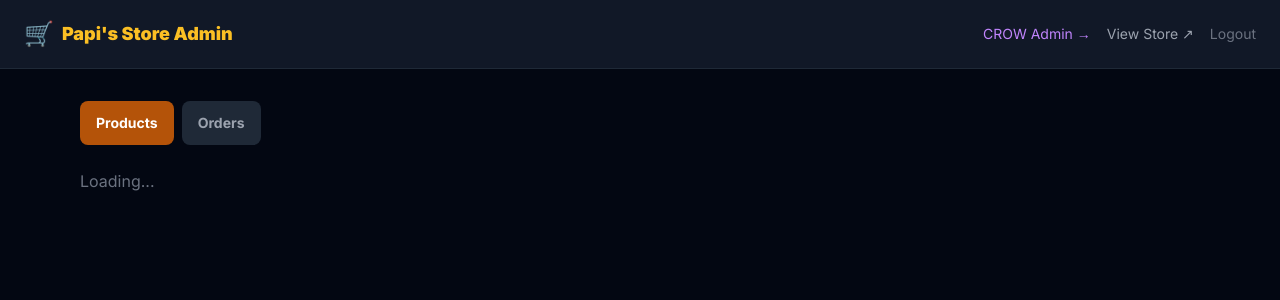
Repository: papykabukanyi/updatedportfolion
Page: /pkvault/store
An editor plug-in stored every save of this project. The page is shown before and after the next save, followed by the edit.
The browser window is 1280 px wide. The pictures show the whole page.
The page's requests for data from a server got no answer. The project was rebuilt for these pictures with package versions that can differ from the ones it lists, and the page was loaded fresh each time. The framework's server and built-in components were replaced by stand-ins that run in the browser. No one was signed in, and anything a server would have sent is missing. Also part of the build but not shown: components/CrowLogo.js.

Above is the page before, as saved 2026-04-14 20:58:42.

### app/pkvault/store/page.js
'use client'
import { useState, useEffect } from 'react'
import { useRouter } from 'next/navigation'
import Link from 'next/link'
import CrowLogo from '@/components/CrowLogo'

const CROW_URL = process.env.NEXT_PUBLIC_CROW_URL || 'https://crow.up.railway.app'
const STORE_URL = process.env.NEXT_PUBLIC_STORE_URL || 'https://papys-store.up.railway.app'

const ORDER_STATUSES = ['paid', 'processing', 'shipped', 'delivered', 'cancelled']

export default function StoreAdminPage() {
  const router = useRouter()
  const [tab, setTab] = useState('Products')
  const [products, setProducts] = useState([])
  const [orders, setOrders] = useState([])
  const [loading, setLoading] = useState(true)
  const [authError, setAuthError] = useState(false)

  // Product form state
  const [editProduct, setEditProduct] = useState(null)
  const [pForm, setPForm] = useState({ name: '', description: '', seo_description: '', price_cents: 1000, images: ['', '', ''], sizes: ['S', 'M', 'L', 'XL', '2XL'], stock: {} })
  const [pSaving, setPSaving] = useState(false)
  const [pMsg, setPMsg] = useState('')

  // Order edit state
  const [editOrder, setEditOrder] = useState(null)
  const [oForm, setOForm] = useState({ status: '', tracking_number: '', label_url: '', notes: '' })
  const [oSaving, setOSaving] = useState(false)

  useEffect(() => { fetchAll() }, [tab])

  async function fetchAll() {
    setLoading(true)
    const r = tab === 'Products' ? 'products' : 'orders'
    const res = await fetch(`/api/admin/store?resource=${r}`)
    if (res.status === 401) { setAuthError(true); setLoading(false); return }
    const data = await res.json()
    if (r === 'products') setProducts(data.products || [])
    else setOrders(data.orders || [])
    setLoading(false)
  }

  async function saveProduct(e) {
    e.preventDefault()
    setPSaving(true); setPMsg('')
    try {
      const isNew = editProduct === 'new'
      const payload = {
        ...pForm,
        images: pForm.images.filter(Boolean),
        stock: pForm.sizes.reduce((acc, s) => ({ ...acc, [s]: pForm.stock[s] ?? 10 }), {}),
        price_cents: parseInt(pForm.price_cents),
      }
      const res = await fetch('/api/admin/store', {
        method: isNew ? 'POST' : 'PATCH',
        headers: { 'Content-Type': 'application/json' },
        body: JSON.stringify(isNew ? payload : { ...payload, id: editProduct.id }),
      })
      const data = await res.json()
      if (!res.ok) throw new Error(data.error)
      setPMsg('Saved!'); setEditProduct(null); fetchAll()
    } catch (err) { setPMsg(err.message) }
    setPSaving(false)
  }

  async function deleteProduct(id) {
    if (!confirm('Delete this product?')) return
    await fetch(`/api/admin/store?id=${id}&resource=product`, { method: 'DELETE' })
    fetchAll()
  }

  async function saveOrder(e) {
    e.preventDefault()
    setOSaving(true)
    await fetch('/api/admin/store', {
      method: 'PATCH',
      headers: { 'Content-Type': 'application/json' },
      body: JSON.stringify({ ...oForm, id: editOrder.id, resource: 'order' }),
    })
    setOSaving(false); setEditOrder(null); fetchAll()
  }

  function startEditProduct(p) {
    setPForm({ name: p.name, description: p.description || '', seo_description: p.seo_description || '', price_cents: p.price_cents || 1000, images: [...(p.images || []), '', '', ''].slice(0, 3), sizes: p.sizes || ['S', 'M', 'L', 'XL', '2XL'], stock: p.stock || {} })
    setEditProduct(p); setPMsg('')
  }

  if (authError) return (
    <div className="min-h-screen bg-gray-950 flex items-center justify-center text-white">
      <div className="text-center">
        <p className="mb-4">Session expired.</p>
        <Link href="/pkvault" className="bg-purple-700 px-6 py-2 rounded-lg font-bold">Login</Link>
      </div>
    </div>
  )

  return (
    <div className="min-h-screen bg-gray-950 text-gray-100">
      <header className="bg-gray-900 border-b border-gray-800 px-6 py-3 flex items-center justify-between">
        <div className="flex items-center gap-2">
          <span className="text-2xl">🛒</span>
          <span className="font-black text-lg text-amber-400">Papi's Store Admin</span>
        </div>
        <div className="flex items-center gap-4 text-sm">
          <Link href="/pkvault/crow" className="text-purple-400 hover:text-purple-300">CROW Admin →</Link>
          <a href={STORE_URL} target="_blank" rel="noopener noreferrer" className="text-gray-400 hover:text-white">View Store ↗</a>
          <button onClick={async () => { await fetch('/api/admin/login', { method: 'DELETE' }); router.push('/pkvault') }}
            className="text-gray-500 hover:text-white">Logout</button>
        </div>
      </header>

      <div className="max-w-6xl mx-auto px-4 py-8">
        <div className="flex gap-2 mb-6">
          {['Products', 'Orders'].map(t => (
            <button key={t} onClick={() => { setTab(t); setEditProduct(null); setEditOrder(null) }}
              className={`px-4 py-2 rounded-lg font-bold text-sm transition-colors ${tab === t ? 'bg-amber-700 text-white' : 'bg-gray-800 text-gray-400 hover:text-white'}`}>
              {t}
            </button>
          ))}
        </div>

        {loading ? <div className="text-gray-500">Loading...</div> : (
          <>
            {/* ── Products ── */}
            {tab === 'Products' && (
              <>
                {editProduct ? (
                  <form onSubmit={saveProduct} className="bg-gray-900 rounded-xl p-6 space-y-4 max-w-2xl">
                    <div className="flex items-center justify-between">
                      <h2 className="font-black text-lg">{editProduct === 'new' ? 'New Product' : 'Edit Product'}</h2>
                      <button type="button" onClick={() => setEditProduct(null)} className="text-gray-500 hover:text-white">✕ Cancel</button>
                    </div>
                    {[['Name', 'name'], ['Description', 'description'], ['SEO Description', 'seo_description']].map(([label, key]) => (
                      <div key={key}>
                        <label className="block text-xs text-gray-400 mb-1 uppercase tracking-widest">{label}</label>
                        <input value={pForm[key]} onChange={e => setPForm(p => ({ ...p, [key]: e.target.value }))}
                          className="w-full bg-gray-800 border border-gray-700 rounded-lg px-3 py-2 text-sm text-white focus:outline-none focus:border-amber-500" />
                      </div>
                    ))}
                    <div>
                      <label className="block text-xs text-gray-400 mb-1 uppercase tracking-widest">Price (cents, e.g. 1000 = $10.00)</label>
                      <input type="number" value={pForm.price_cents} onChange={e => setPForm(p => ({ ...p, price_cents: e.target.value }))}
                        className="w-full bg-gray-800 border border-gray-700 rounded-lg px-3 py-2 text-sm text-white focus:outline-none" />
                    </div>
                    <div>
                      <label className="block text-xs text-gray-400 mb-2 uppercase tracking-widest">Product Images (up to 3 URLs)</label>
                      {pForm.images.map((img, i) => (
                        <input key={i} value={img} onChange={e => setPForm(p => { const imgs = [...p.images]; imgs[i] = e.target.value; return { ...p, images: imgs } })}
                          placeholder={`Image URL ${i + 1}`}
                          className="w-full bg-gray-800 border border-gray-700 rounded-lg px-3 py-2 text-sm text-white focus:outline-none mb-2" />
                      ))}
                    </div>
                    <div>
                      <label className="block text-xs text-gray-400 mb-2 uppercase tracking-widest">Sizes & Stock</label>
                      <div className="grid grid-cols-5 gap-2">
                        {(pForm.sizes || []).map(size => (
                          <div key={size} className="text-center">
                            <div className="text-xs text-gray-400 mb-1">{size}</div>
                            <input type="number" value={pForm.stock[size] ?? 10} onChange={e => setPForm(p => ({ ...p, stock: { ...p.stock, [size]: parseInt(e.target.value) || 0 } }))}
                              className="w-full bg-gray-800 border border-gray-700 rounded-lg px-2 py-1 text-sm text-white text-center focus:outline-none" />
                          </div>
                        ))}
                      </div>
                    </div>
                    {pMsg && <p className={`text-sm ${pMsg === 'Saved!' ? 'text-green-400' : 'text-red-400'}`}>{pMsg}</p>}
                    <button type="submit" disabled={pSaving}
                      className="bg-amber-700 hover:bg-amber-600 disabled:opacity-60 text-white font-bold px-6 py-2 rounded-lg">
                      {pSaving ? 'Saving...' : 'Save Product'}
                    </button>
                  </form>
                ) : (
                  <>
                    <button onClick={() => { setPForm({ name: '', description: '', seo_description: '', price_cents: 1000, images: ['', '', ''], sizes: ['S', 'M', 'L', 'XL', '2XL'], stock: {} }); setEditProduct('new'); setPMsg('') }}
                      className="mb-4 bg-amber-700 hover:bg-amber-600 text-white font-bold px-4 py-2 rounded-lg text-sm">
                      + New Product
                    </button>
                    <div className="grid grid-cols-1 sm:grid-cols-2 lg:grid-cols-3 gap-4">
                      {products.length === 0 && <p className="text-gray-600">No products yet.</p>}
                      {products.map(p => (
                        <div key={p.id} className="bg-gray-900 rounded-xl overflow-hidden border border-gray-800">
                          {p.images?.[0] && <img src={p.images[0]} alt={p.name} className="w-full h-40 object-cover" />}
                          <div className="p-4">
                            <h3 className="font-bold mb-1">{p.name}</h3>
                            <p className="text-amber-400 font-black text-lg mb-3">${(p.price_cents / 100).toFixed(2)}</p>
                            <div className="flex gap-2">
                              <button onClick={() => startEditProduct(p)} className="flex-1 bg-amber-700 hover:bg-amber-600 text-white text-xs font-bold py-1.5 rounded-lg transition-colors">Edit</button>
                              <button onClick={() => deleteProduct(p.id)} className="bg-gray-800 hover:bg-red-900 text-gray-400 hover:text-red-400 text-xs font-bold px-3 py-1.5 rounded-lg transition-colors">Del</button>
                            </div>
                          </div>
                        </div>
                      ))}
                    </div>
                  </>
                )}
              </>
            )}

            {/* ── Orders ── */}
            {tab === 'Orders' && (
              <>
                {editOrder && (
                  <div className="fixed inset-0 bg-black/60 z-50 flex items-center justify-center p-4">
                    <form onSubmit={saveOrder} className="bg-gray-900 border border-gray-700 rounded-2xl p-6 w-full max-w-md space-y-4">
                      <div className="flex items-center justify-between">
                        <h2 className="font-black text-lg">Update Order</h2>
                        <button type="button" onClick={() => setEditOrder(null)} className="text-gray-500 hover:text-white">✕</button>
                      </div>
                      <div>
                        <label className="block text-xs text-gray-400 mb-1 uppercase tracking-widest">Status</label>
                        <select value={oForm.status} onChange={e => setOForm(p => ({ ...p, status: e.target.value }))}
                          className="w-full bg-gray-800 border border-gray-700 rounded-lg px-3 py-2 text-white focus:outline-none">
                          {ORDER_STATUSES.map(s => <option key={s}>{s}</option>)}
                        </select>
                      </div>
                      {[['Tracking Number', 'tracking_number'], ['Label URL', 'label_url'], ['Notes', 'notes']].map(([label, key]) => (
                        <div key={key}>
                          <label className="block text-xs text-gray-400 mb-1 uppercase tracking-widest">{label}</label>
                          <input value={oForm[key]} onChange={e => setOForm(p => ({ ...p, [key]: e.target.value }))}
                            className="w-full bg-gray-800 border border-gray-700 rounded-lg px-3 py-2 text-sm text-white focus:outline-none" />
                        </div>
                      ))}
                      <button type="submit" disabled={oSaving}
                        className="w-full bg-amber-700 hover:bg-amber-600 disabled:opacity-60 text-white font-bold py-2.5 rounded-lg">
                        {oSaving ? 'Saving...' : 'Save Changes'}
                      </button>
                    </form>
                  </div>
                )}
                <div className="bg-gray-900 rounded-xl overflow-hidden">
                  <table className="w-full text-sm">
                    <thead className="bg-gray-800 text-xs text-gray-400 uppercase tracking-wider">
                      <tr>
                        <th className="px-4 py-3 text-left">Customer</th>
                        <th className="px-4 py-3 text-left">Items</th>
                        <th className="px-4 py-3 text-left">Total</th>
                        <th className="px-4 py-3 text-left">Status</th>
                        <th className="px-4 py-3 text-left">Tracking</th>
                        <th className="px-4 py-3 text-left">Date</th>
                        <th className="px-4 py-3 text-right">Actions</th>
                      </tr>
                    </thead>
                    <tbody className="divide-y divide-gray-800">
                      {orders.length === 0 && (
                        <tr><td colSpan={7} className="px-4 py-8 text-center text-gray-600">No orders yet.</td></tr>
                      )}
                      {orders.map(o => (
                        <tr key={o.id} className="hover:bg-gray-800/50">
                          <td className="px-4 py-3">
                            <p className="font-medium text-xs">{o.customer_name || '—'}</p>
                            <p className="text-gray-500 text-xs">{o.customer_email}</p>
                          </td>
                          <td className="px-4 py-3 text-xs text-gray-400">
                            {(o.items || []).map((i, idx) => <div key={idx}>{i.size} ×{i.quantity}</div>)}
                          </td>
                          <td className="px-4 py-3 font-bold text-amber-400">${((o.amount_total || 0) / 100).toFixed(2)}</td>
                          <td className="px-4 py-3">
                            <span className={`text-xs px-2 py-0.5 rounded-full font-bold ${
                              o.status === 'delivered' ? 'bg-green-900/50 text-green-400' :
                              o.status === 'shipped' ? 'bg-blue-900/50 text-blue-400' :
                              o.status === 'paid' ? 'bg-yellow-900/50 text-yellow-400' :
                              o.status === 'cancelled' ? 'bg-red-900/50 text-red-400' :
                              'bg-gray-800 text-gray-400'}`}>
                              {o.status}
                            </span>
                          </td>
                          <td className="px-4 py-3 text-xs">
                            {o.tracking_number ? (
                              <span className="font-mono text-green-400">{o.tracking_number}</span>
                            ) : <span className="text-gray-600">—</span>}
                          </td>
                          <td className="px-4 py-3 text-gray-500 text-xs">{new Date(o.created_at).toLocaleDateString()}</td>
                          <td className="px-4 py-3 text-right">
                            <button onClick={() => { setEditOrder(o); setOForm({ status: o.status, tracking_number: o.tracking_number || '', label_url: o.label_url || '', notes: o.notes || '' }) }}
                              className="text-amber-400 hover:text-amber-300 text-xs font-bold">Update</button>
                          </td>
                        </tr>
                      ))}
                    </tbody>
                  </table>
                </div>
              </>
            )}
          </>
        )}
      </div>
    </div>
  )
}

Loaded but not shown: lib/translations.js (library); lib/LangContext.js (61 lines, source omitted); tailwind.config.js (26 lines, source omitted); lib/adminAuth.js (20 lines, source omitted); app/pkvault/layout.js (8 lines, source omitted); app/globals.css (115 lines, source omitted); app/layout.js (414 lines, source omitted)

After the next save:
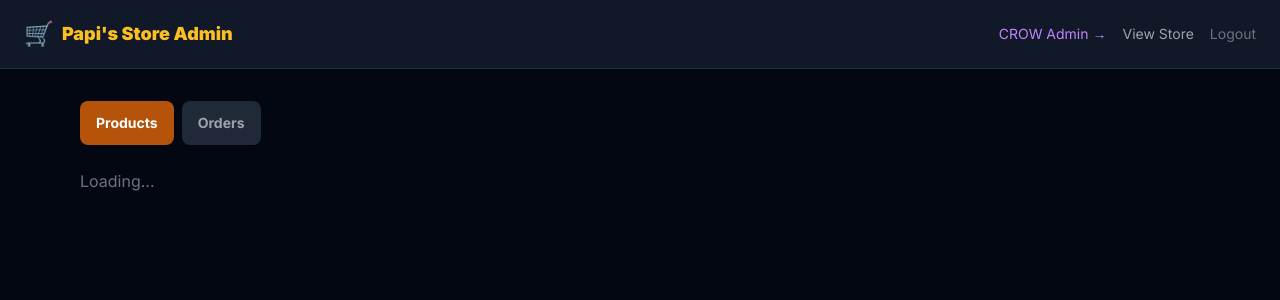
Saved 39 min 42 s later.
--- a/app/pkvault/store/page.js
+++ b/app/pkvault/store/page.js
@@ -3,9 +3,6 @@
 import { useRouter } from 'next/navigation'
 import Link from 'next/link'
 import CrowLogo from '@/components/CrowLogo'
-
-const CROW_URL = process.env.NEXT_PUBLIC_CROW_URL || 'https://crow.up.railway.app'
-const STORE_URL = process.env.NEXT_PUBLIC_STORE_URL || 'https://papys-store.up.railway.app'
 
 const ORDER_STATUSES = ['paid', 'processing', 'shipped', 'delivered', 'cancelled']
 
@@ -104,7 +101,7 @@
         </div>
         <div className="flex items-center gap-4 text-sm">
           <Link href="/pkvault/crow" className="text-purple-400 hover:text-purple-300">CROW Admin →</Link>
-          <a href={STORE_URL} target="_blank" rel="noopener noreferrer" className="text-gray-400 hover:text-white">View Store ↗</a>
+          <Link href="/store" className="text-gray-400 hover:text-white">View Store</Link>
           <button onClick={async () => { await fetch('/api/admin/login', { method: 'DELETE' }); router.push('/pkvault') }}
             className="text-gray-500 hover:text-white">Logout</button>
         </div>
